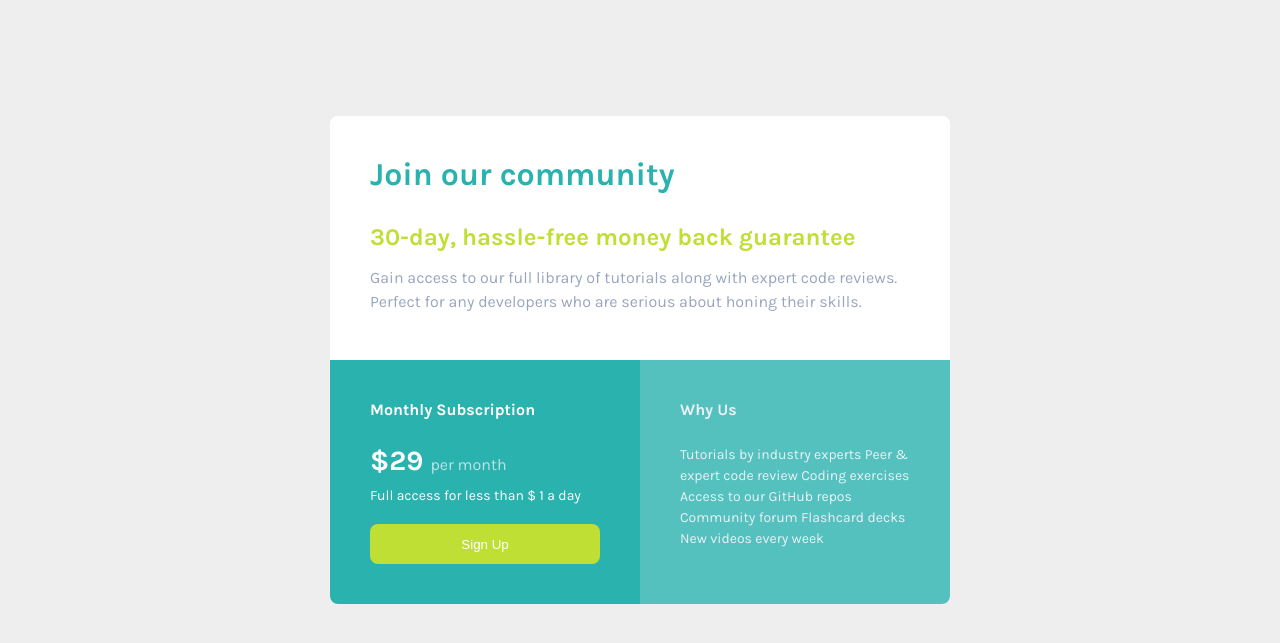
Repository: Akashiii1/WebSingleGrid_Day3
Page: index.html
An editor plug-in stored every save of this project. The page is shown before and after the next save, followed by the edit.
The browser window is 1280 px wide. The pictures show the whole page.

Above is the page before, as saved 2021-12-22 02:00:54.

After the next save:
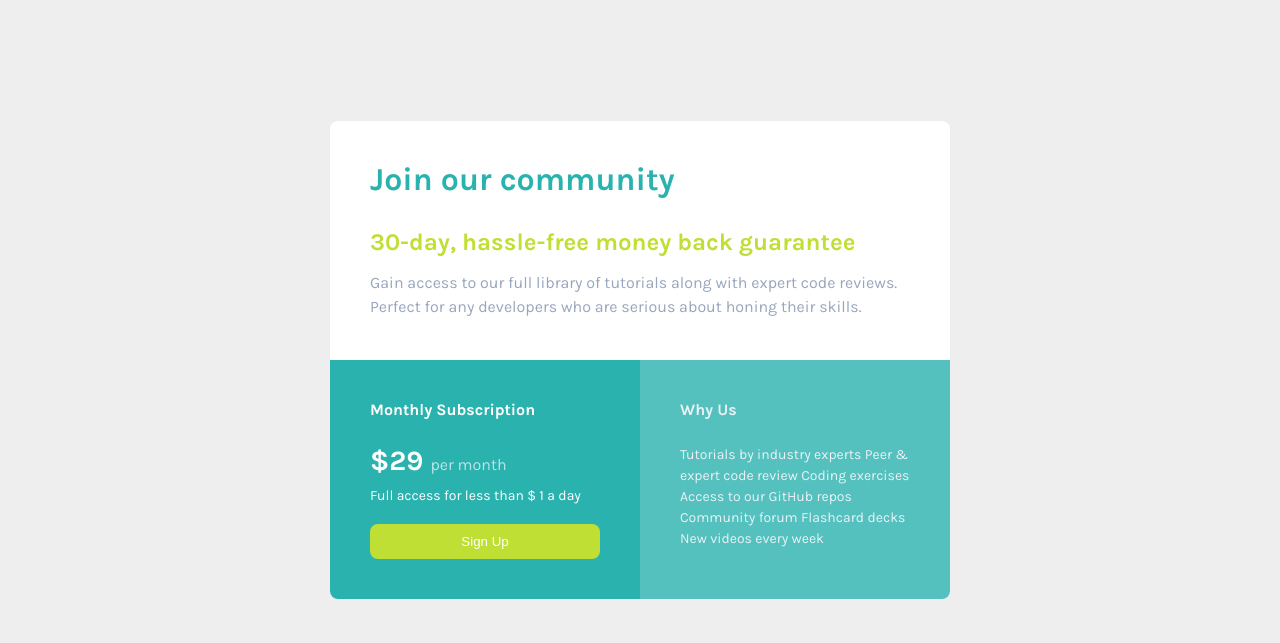
Saved 7 s later.
--- a/style.css
+++ b/style.css
@@ -125,7 +125,7 @@ body{
 }
 .btn{
   width: 100%;
-  height: 40px;
+  /* height: 40px; */
   background-color: var(--BrightYellow);
   border: 0;
   outline: none;
